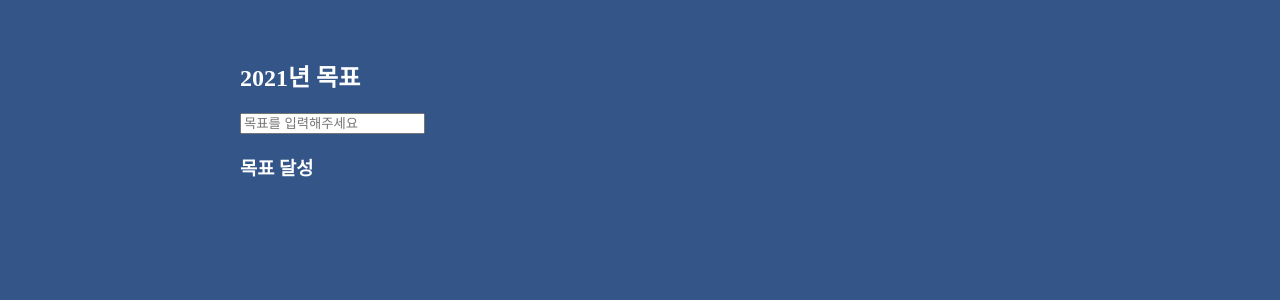
Repository: minsuk1/portfolio
Page: a.html
An editor plug-in stored every save of this project. The page is shown before and after the next save, followed by the edit.
The browser window is 1280 px wide. The pictures show the whole page.
Some web libraries are served in a nearby version.

Above is the page before, as saved 2021-01-02 14:05:16.

### a.html
<html>
    <head>
        <style>
            body { background: #358; color: #fff; padding: 50px;  }
            a { color: #fff; font-size: 40px; }

            section {
                width: 800px;
                margin: 0px auto;
            }

            .task {
                width: 400px;
            }

            .strikeout {
                text-decoration: line-through;
            }
        </style>
        <script type="text/javascript" src="http://code.jquery.com/jquery-1.11.1.min.js"></script>
    </head>
    <body>

        <section>
            <h1>2021년 목표</h1>

            <form>
                <input type="text" id="task" placeholder="목표를 입력해주세요"/>
            </form>

            <div id="tasks">
            </div>

            <div id="done">
                <h3>목표 달성</h3>

            </div>
        </section>

        <script>


            $('form').on('submit', function(e) {

                e.preventDefault();

                var newtask = $('#task').val();
                $(this).val("");
                var task_elem = $('<div>')
                    .append('<input type="checkbox">')
                    .addClass('task')
                    .append("<span><i class='fas fa-trash'></i></span>")
                    .append(newtask);
                $('#tasks').append(task_elem);


                $.ajax({
                    url: '/',
                    method: 'post',
                    dataType: 'json',
                    data: {
                        task: newtask,
                    },
                    success: function(response) {

                    },
                });

            });

            $('body').on('click', 'input[type="checkbox"]', function() {
                var task = $(this).parents('.task');

                if(task.hasClass('strikeout')) {
                    task.removeClass('strikeout');
                    task.appendTo($('#tasks'));
                } else {
                    //task.append("<button>삭제</button>")
                    task.addClass('strikeout')
                   // task.append("<button><i class='fas fa-trash'></i></button>")

                    task.appendTo($('#done'));

                }
            });

            $('div').on("click", "span", function(event) {
            event.stopPropagation();
            $(this).parent().fadeOut(500, function(){
            $(this).remove();
            });
            });

        </script>
        <script src="https://kit.fontawesome.com/0f77f25011.js"></script>
    </body>
</html>

After the next save:
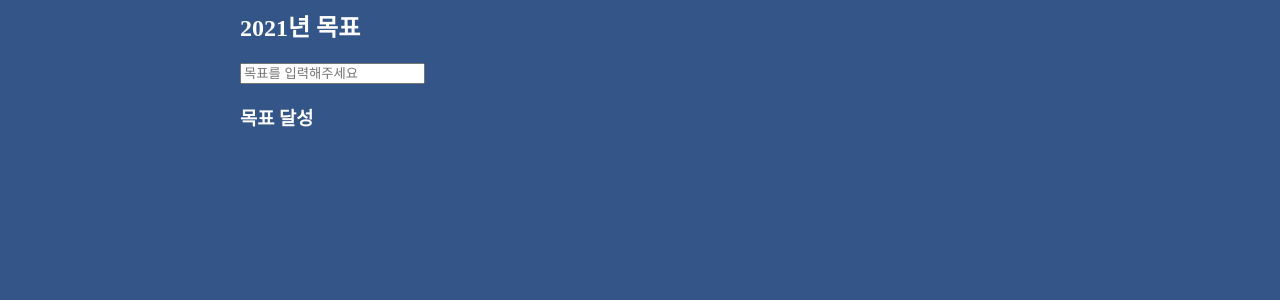
Saved 6 s later.
--- a/a.html
+++ b/a.html
@@ -1,7 +1,7 @@
 <html>
     <head>
         <style>
-            body { background: #358; color: #fff; padding: 50px;  }
+            body { background: #358; color: #fff; }
             a { color: #fff; font-size: 40px; }
 
             section {

After the save that followed:
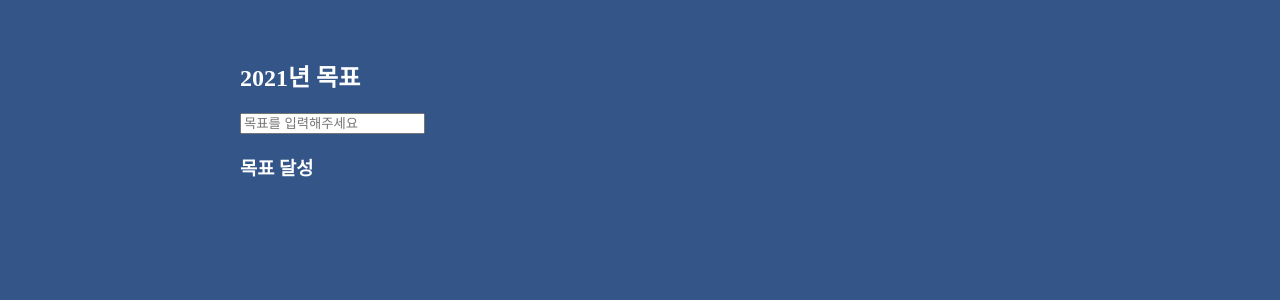
Saved 8 s later.
--- a/a.html
+++ b/a.html
@@ -1,7 +1,7 @@
 <html>
     <head>
         <style>
-            body { background: #358; color: #fff; }
+            body { background: #358; color: #fff; padding: 50px;  }
             a { color: #fff; font-size: 40px; }
 
             section {
